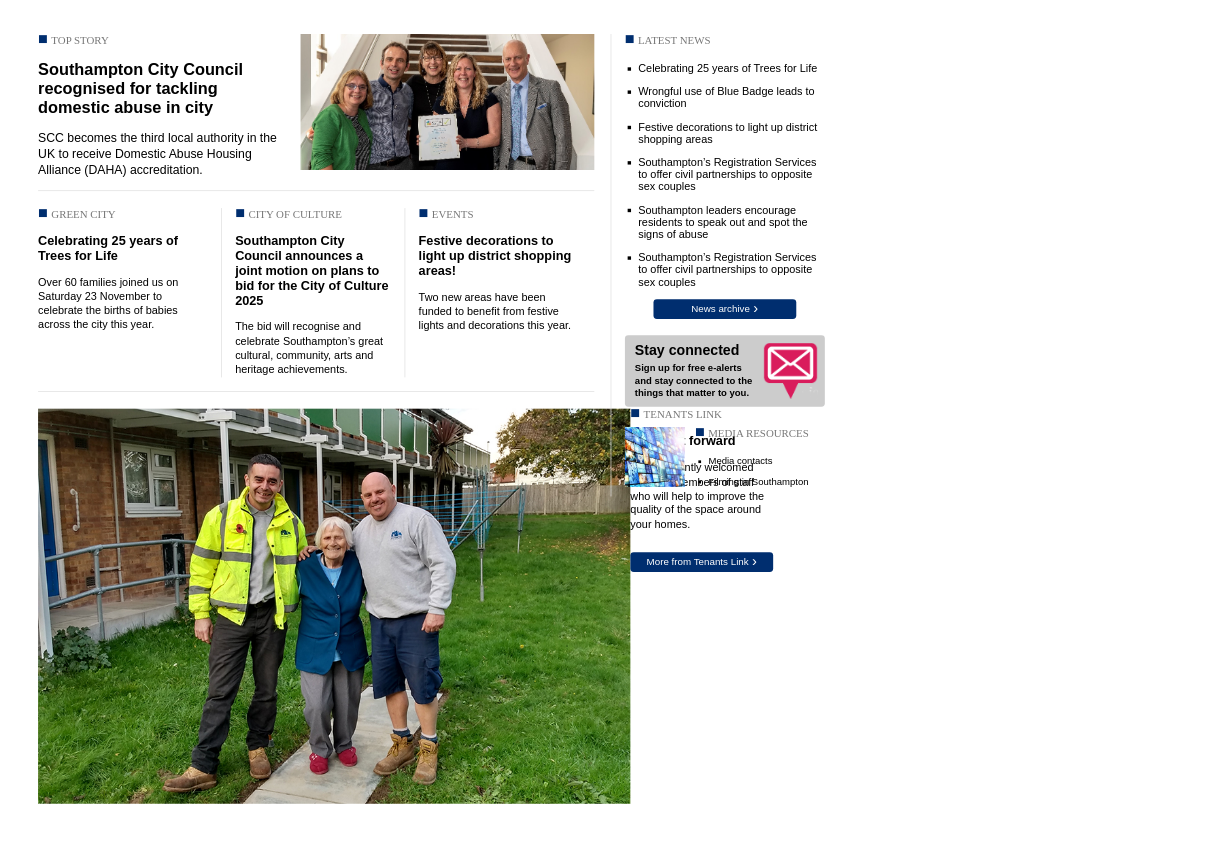
Repository: Domehead123/newspage
Page: index.html
The author's editor kept a record of every edit. The page is drawn from the files as they stood at one moment, then again after the next edit.
The browser window is 1280 px wide. The page is 1280 px wide, then 1798 px, so the pictures cover 1798 px, including what lies to the right of the window. The pictures show the whole page, at 68% of full size.
Some web libraries are served in a nearby version.

Above is the page before.

### index.html
<!DOCTYPE html>
<html lang="en">

<head>
    <meta charset="UTF-8">
    <meta name="viewport" content="width=device-width, initial-scale=1.0">
    <meta http-equiv="X-UA-Compatible" content="ie=edge">
    <script src="https://ajax.googleapis.com/ajax/libs/jquery/3.4.1/jquery.min.js"></script>

    <script src="https://kit.fontawesome.com/aae406265c.js" crossorigin="anonymous"></script>

    <link rel="stylesheet" href="news.css" type="text/css" />
    <title>News & Events</title>
</head>

<body>
    <div class="page-width">

        <div class="split-page">
            <div class="top-row">
                <div class="top-story">

                    <a href="#"><img class="top-large-pic" src="images/DAHA.jpg"></a>
                    <div class="subject-header">TOP STORY</div>


                    <h2><a href="#">

Southampton City Council recognised for tackling domestic abuse in city</a></h2>
                    <p><a href="#"><img class="top-small-pic" src="images/DAHA.jpg">SCC becomes the third local authority in the UK to receive Domestic Abuse Housing Alliance (DAHA) accreditation.</a></p>
                </div>


            </div>

            <div class="latest-news">
                <div class="subject-header">LATEST NEWS</div>

                <ul>
                    <li><a href="#">Celebrating 25 years of Trees for Life</a></li>
                    <li><a href="#">Wrongful use of Blue Badge leads to conviction</a></li>
                    <li><a href="#">Festive decorations to light up district shopping areas</li>
                    <li><a href="#">Southampton’s Registration Services to offer civil partnerships to opposite sex couples</a></li>
                    <li><a href="#">Southampton leaders encourage residents to speak out and spot the signs of abuse</a></li>
                    <li><a href="#">Southampton’s Registration Services to offer civil partnerships to opposite sex couples</a></li>

                </ul>
                <p class="more centre"><a href="#">News archive</a></p>
            </div>


            <div class="middle-row">
                <div class="topic">
                    <div class="subject-header ">GREEN CITY</div>

                    <h3><a href="#">
Celebrating 25 years of Trees for Life
 </a></h3>
                    <p><a href="#">Over 60 families joined us on Saturday 23 November to celebrate the births of babies across the city this year.</a></p>
                </div>
                <div class="topic">
                    <div class="subject-header">CITY OF CULTURE</div>

                    <h3><a href="#">Southampton City Council announces a joint motion on plans to bid for the City of Culture 2025</a></h3>
                    <p><a href="#">The bid will recognise and celebrate Southampton’s great cultural, community, arts and heritage achievements.</a></p>
                </div>

                <div class="topic">
                    <div class="subject-header ">EVENTS</div>

                    <h3><a href="#">
Festive decorations to light up district shopping areas!
 </a></h3>
                    <p><a href="#">Two new areas have been funded to benefit from festive lights and decorations this year.</a></p>

                </div>

            </div>




            <div class="bottom-row">
                <div class="lower-image">
                    <a href="#"><img src="images/tenants.jpg"></a>
                </div>
                <div class="tenants-container">
                    <div class="tenants">

                        <div class="subject-header ">TENANTS LINK</div>

                        <h3><a href="#">Best foot forward</a></h3>
                        <p><a href="#">We’ve recently welcomed two new members of staff who will help to improve the quality of the space around your homes. </a></p>

                    </div>
                    <p class="more"><a href="#">More from Tenants Link</a></p>
                </div>




            </div>




        </div>

        <div class="side-panel">

            <div class="latest-news">
                <div class="subject-header">LATEST NEWS</div>

                <ul>
                    <li><a href="#">Celebrating 25 years of Trees for Life</a></li>
                    <li><a href="#">Wrongful use of Blue Badge leads to conviction</a></li>
                    <li><a href="#">Festive decorations to light up district shopping areas</li>
                    <li><a href="#">Southampton’s Registration Services to offer civil partnerships to opposite sex couples</a></li>
                    <li><a href="#">Southampton leaders encourage residents to speak out and spot the signs of abuse</a></li>
                    <li><a href="#">Southampton’s Registration Services to offer civil partnerships to opposite sex couples</a></li>

                </ul>
                <p class="more centre"><a href="#">News archive</a></p>
            </div>
            <div class="connected">

                <a href="#"><img src="images/connected.png"></a>
                <h2><a href="#">Stay connected</a></h2>

                <p><a href="#">Sign up for free e-alerts and stay connected to the things that matter to you.</a></p>
            </div>

            <div class="media">
                <div class="media-image">
                    <img src="images/media2.jpg">
                </div>


                <div class="media-text">
                    <div class="subject-header ">MEDIA RESOURCES</div>

                    <ul>
                        <li><a href="# ">Media contacts</a></li>
                        <li><a href="# ">Filming in Southampton</a></li>

                    </ul>
                </div>

            </div>






        </div>






</body>

</html>

### news.css
/* REMOVE LEFT-HAND NAV */

.sidebar__content {
    display: none !important;
}

.page-body {
    left: 0 !important;
    width: 100% !important;
    font-size: 20px;
}

.page-width {
    max-width: 1168px;
    margin: 50px auto;
    padding: 0 25px;
}


/* GENERAL STYLING AND LINKS */

h2,
h3,
h4,
li,
p {
    font-family: "franklin-gothic-urw", sans-serif;
}


p {
    font-size: 18px;
    line-height: 130%;
}


a {
    color: #000;
    text-decoration: none;
    transition: 0.4s all;
}

.centre {
    margin: 0 auto;
}


.topic:hover a,
.top-story:hover a,
.tenants:hover a,
.latest-news a:hover,
.connected:hover a,
.more a:hover,
.media a:hover {
    text-decoration: underline;
}

.subject-header {
    color: #777;
}

.subject-header:before {
    content: "\25A0";
    line-height: 0;
    font-size: 1.5em;
    color: #002e6f;
    margin-right: 5px;
}

/* MAIN CONTENT */

.split-page {
    display: inline-block;
    vertical-align: top;
    width: 70%;
}


.split-page .latest-news {
    padding: 25px 0;
    display: none;
    border-bottom: 1px solid #ddd;
    margin-bottom: 0;
}

.top-row {
    display: flex;
    border-bottom: 1px solid #ddd;
}

.middle-row {
    clear: both;
    display: flex;
    flex-wrap: wrap;
    border-bottom: 1px solid #ddd;
    padding: 25px 0 20px 0;
}

.bottom-row {
    clear: both;
    display: flex;
    padding: 25px 0;
}

.top-story {
    margin: 0;
    box-sizing: border-box;
}

.top-story::after {
    content: "";
    clear: both;
    display: table;
}


.top-large-pic {
    display: block;
    margin: 0 0 20px 20px;
    height: 200px;
    float: right;
}

.top-small-pic {
    display: none;
    float: right;
    margin: 0 0 20px 20px;
    height: 100px;
}

.topic {
    width: 33%;
    padding: 0 20px;
    box-sizing: border-box;
    display: inline-block;
    vertical-align: top;
}

.right-border {}

.topic p {
    font-size: 16px;
    margin-bottom: 0;
}

.tenants p {
    font-size: 16px;
}

.topic:nth-child(1) {
    padding: 0 20px 0 0;
    border-right: 1px solid #ddd;
}

.topic:nth-child(2) {
    border-right: 1px solid #ddd;
}

.lower-stories {
    border-right: 1px solid #ddd;
}

.bottom-large-pic {
    height: 200px;
    margin-right: 20px;
    float: left;
}

.bottom-small-pic {
    display: none;
    float: right;
    margin: 0 0 20px 20px;
    height: 100px;
}

.tenants-container {
    margin-right: 20px;
    box-sizing: border-box;
    display: inline-block;
    vertical-align: top;
}

.more {
    font-size: 0.9em;
    background: #002e6f;
    width: 200px;
    padding: 5px;
    text-align: center;
    border-radius: 5px;
}

.tenants-container .more {
    float: left;
}

.more a {
    color: #fff;
}

.more::after {
    content: "\203A";
    color: #fff;
    font-size: 1.5em;
    line-height: 0;
    margin-left: 5px;
    position: relative;
    top: 1px;
}



/* SIDE PANEL */

.side-panel {
    display: inline-block;
    vertical-align: top;
    width: 27%;
    margin-left: 20px;
    border-left: 1px solid #ddd;
    padding-left: 20px;
    box-sizing: border-box;
}

.latest-news {
    margin-bottom: 1.5em;
}

.latest-news ul,
.media ul {
    padding: 0 0 0 20px;
    margin-top: 1.5em;
}

.latest-news ul li,
.media ul li {
    margin: 0 0 1em 0;
    font-size: 16px;
    list-style-type: square;
}

.extras {
    display: flex;
    flex-wrap: wrap;
}


.connected {
    background: #ccc;
    padding: 10px 10px 10px 15px;
    border-radius: 5px;
    margin-bottom: 30px;
    width: 100%;
    box-sizing: border-box;
}

.connected img {
    float: right;
    height: 85px;
    margin-left: 10px;
}

.connected h2 {
    font-size: 1.3em;
    margin: 0 0 5px 0;
}

.connected p {
    font-size: 14px;
    font-weight: bold;
    margin: 0;
}


.connected::after {
    content: "";
    clear: both;
    display: table;
}

.media {
    width: 100%;

}

.media img {
    float: left;
    width: 30%;
    margin-right: 15px;
}

.media ul {
    padding: 0 0 0 20px;
    margin-top: 1.5em;
    margin-bottom: 0;
    display: inline-block;
    box-sizing: border-box;
    width: 60%;
}

.media ul li {
    margin: 0 0 1em 0;
    list-style-type: square;
    font-size: 14px;
}

.extras {
    display: flex;
}


@media only screen and (max-width: 1000px) {
    .split-page {
        width: 100%;
    }

    .side-panel {
        width: 100%;
        border-left: 0;
        margin: 0;
        padding: 0;
    }

    .split-page .latest-news {
        display: block
    }

    .side-panel .latest-news {
        display: none;
    }

    .connected {
        width: 45%;
        margin-right: 25px;
        margin-bottom: 0;
    }

    .media {
        width: 45%;
        border: 1px solid #ddd;
        padding: 15px;
        border-radius: 5px;
        box-sizing: content-box;
    }

}


@media only screen and (max-width: 750px) {
    .top-large-pic {
        display: none;
    }

    .top-small-pic {
        display: block;
    }

    .bottom-large-pic {
        display: none;
    }

    .bottom-small-pic {
        display: block;
    }

    .tenants-container {
        margin-right: 0;
    }

    .tenants-container .more {
        float: none;
        margin: 10px auto;
        clear: both;
    }

}


@media only screen and (max-width: 660px) {
    .connected {
        width: 100%;
        margin-right: 0;
        margin-bottom: 25px;
    }

    .media {
        width: 100%;
    }

    .media img {
        height: 100px;
        width: auto;
    }



}


@media only screen and (max-width: 600px) {
    .topic {
        width: 100%;
    }

    .topic:nth-child(1) {
        padding: 0 0 25px 0;
        border-right: 0;
        border-bottom: 1px solid #ddd;
    }

    .topic:nth-child(2) {
        padding: 25px 0;
        border-right: 0;
        border-bottom: 1px solid #ddd;
    }

    .topic:nth-child(3) {
        padding: 25px 0 0 0;
    }


}



@media only screen and (max-width: 450px) {

    .top-small-pic,
    .bottom-small-pic {
        height: auto;
        width: 100%;
    }
}



@media only screen and (max-width: 400px) {

    .media img {
        display: none;
    }
}

After the next edit:
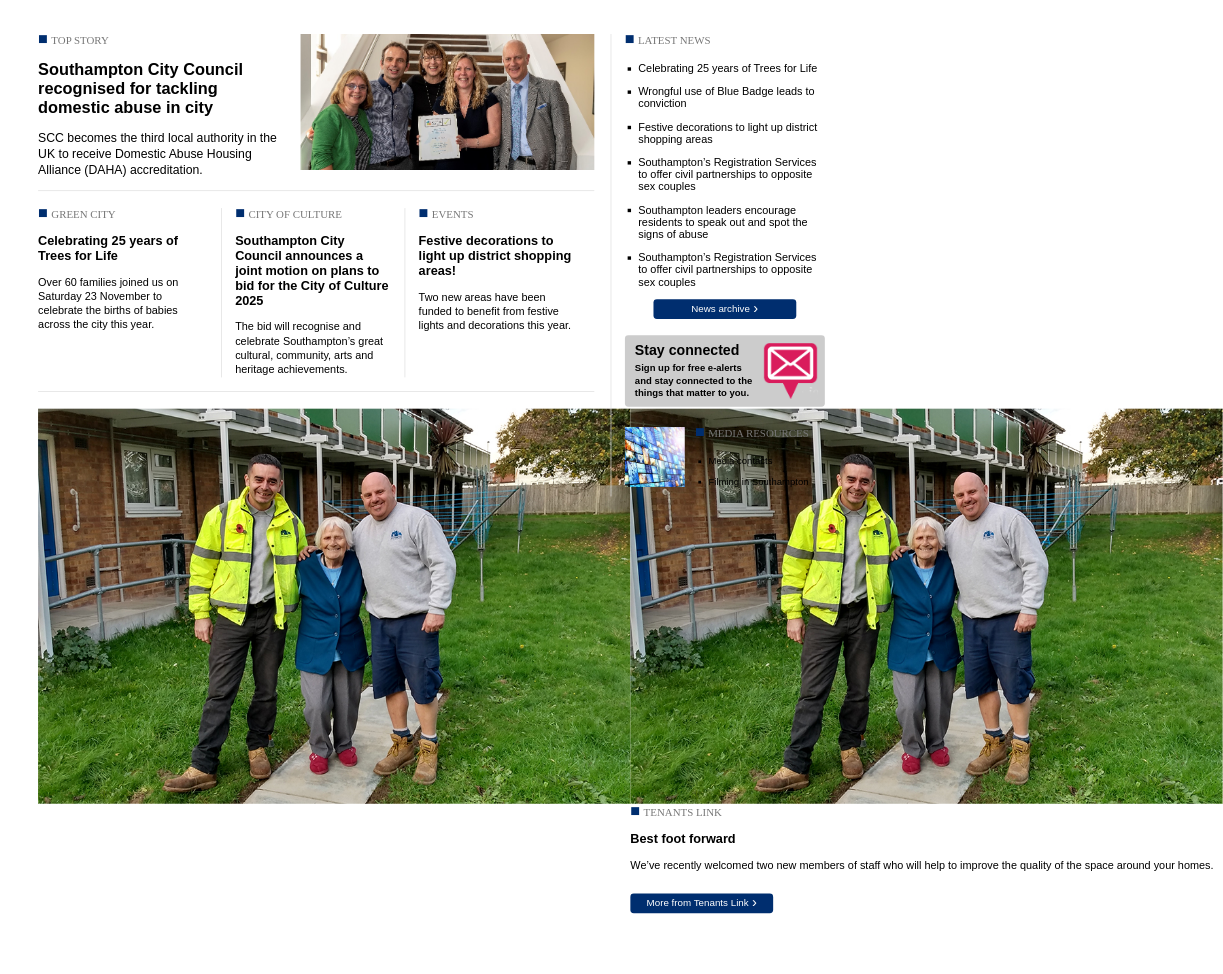
The edit:
--- a/index.html
+++ b/index.html
@@ -85,7 +85,7 @@
                     <a href="#"><img src="images/tenants.jpg"></a>
                 </div>
                 <div class="tenants-container">
-                    <div class="tenants">
+                    <div class="tenants"><a href="#"><img src="images/tenants.jpg"></a>
 
                         <div class="subject-header ">TENANTS LINK</div>
 
